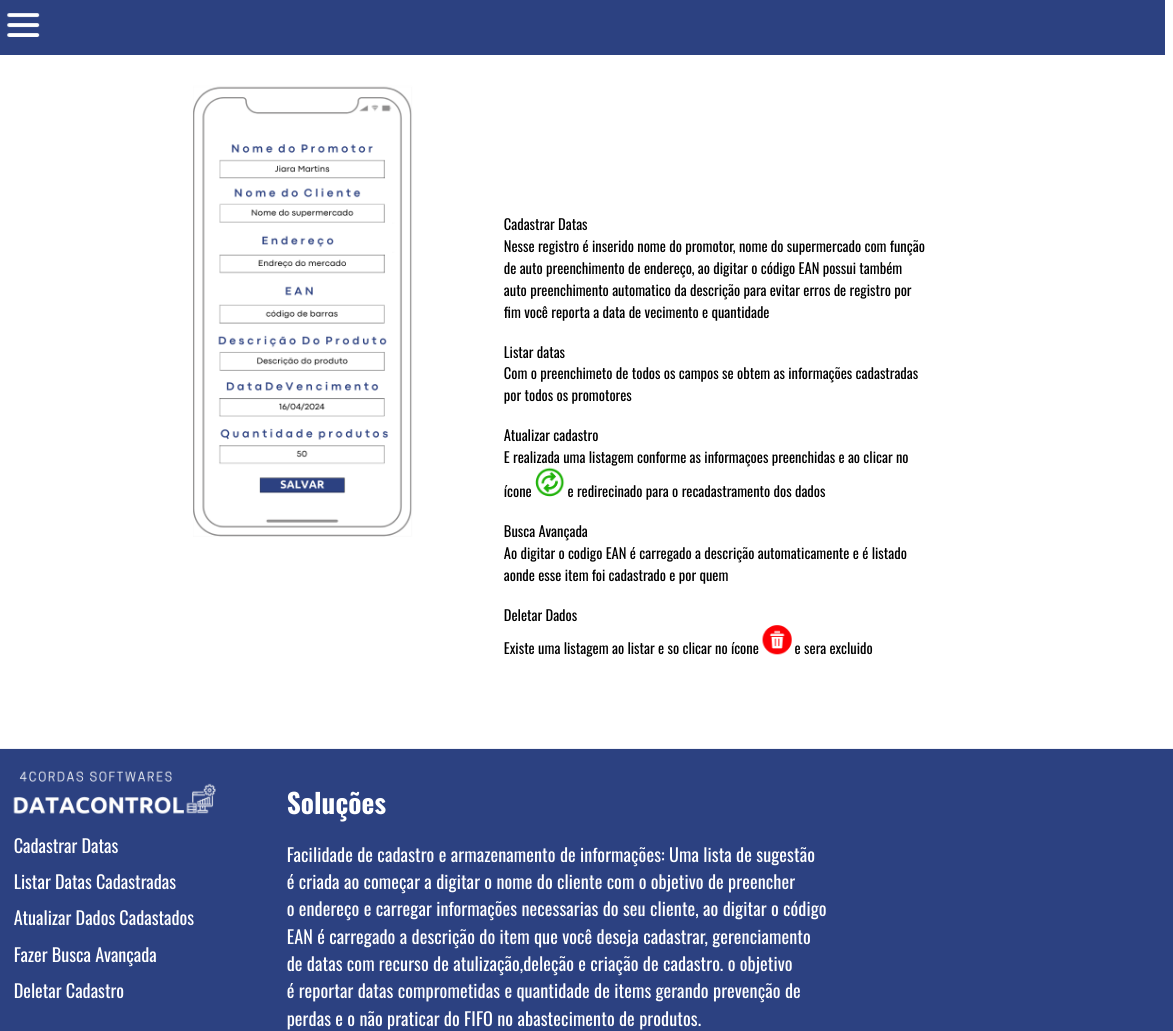
Repository: alfredo-allan/ControleDeDatasFrontEnd
Page: index.html
The author's editor kept a copy of each file at every save. The page is drawn from the files as they stood at one save, then again after the next save.
The browser window is 1280 px wide. The page is 1289 px wide, so the pictures cover 1289 px, including what lies to the right of the window. The pictures show the whole page, at 91% of full size.

Above is the page before, as saved 2024-04-30 14:39:07.
Console error: TypeError: Cannot read properties of null (reading 'addEventListener')

After the next save:
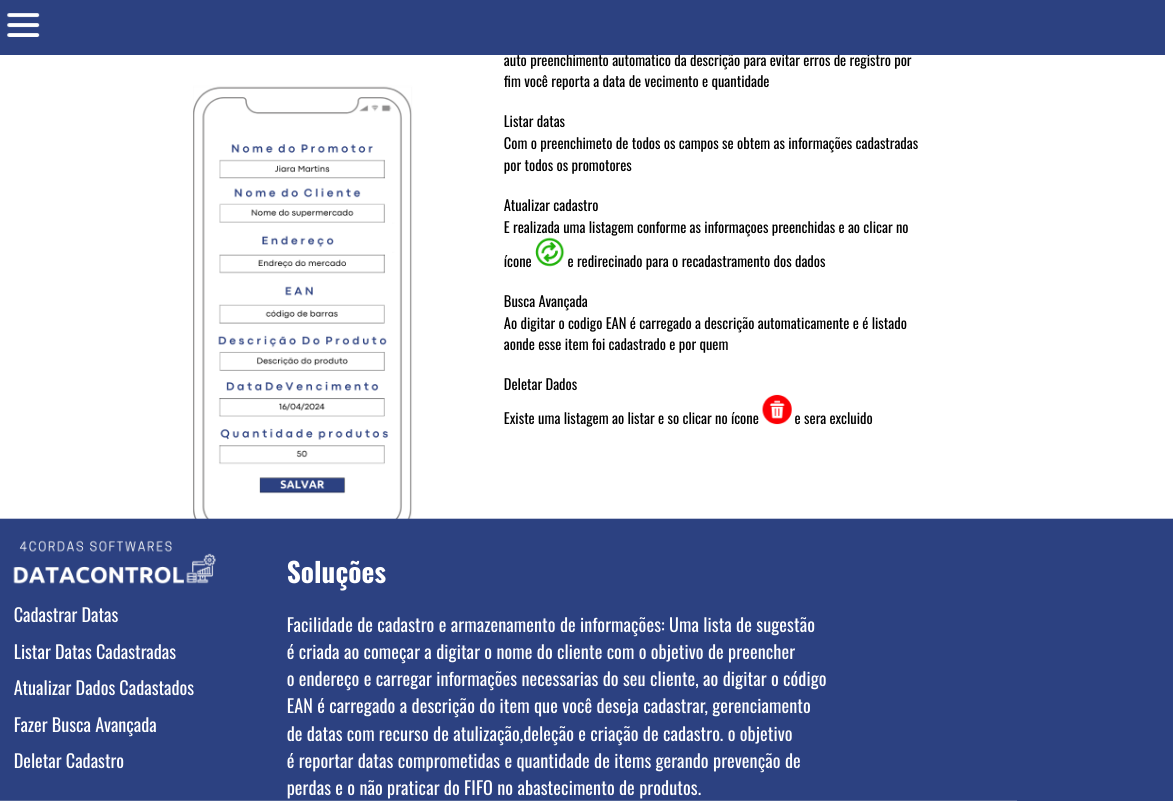
Saved 22 s later.
--- a/style/style.css
+++ b/style/style.css
@@ -446,7 +446,7 @@ button:focus {
   flex-direction: column;
   justify-content: center;
   margin-left: 40%;
-  margin-top: -30%;
+  margin-top: -50%;
   width: 40%;
   li {
     list-style: none;
